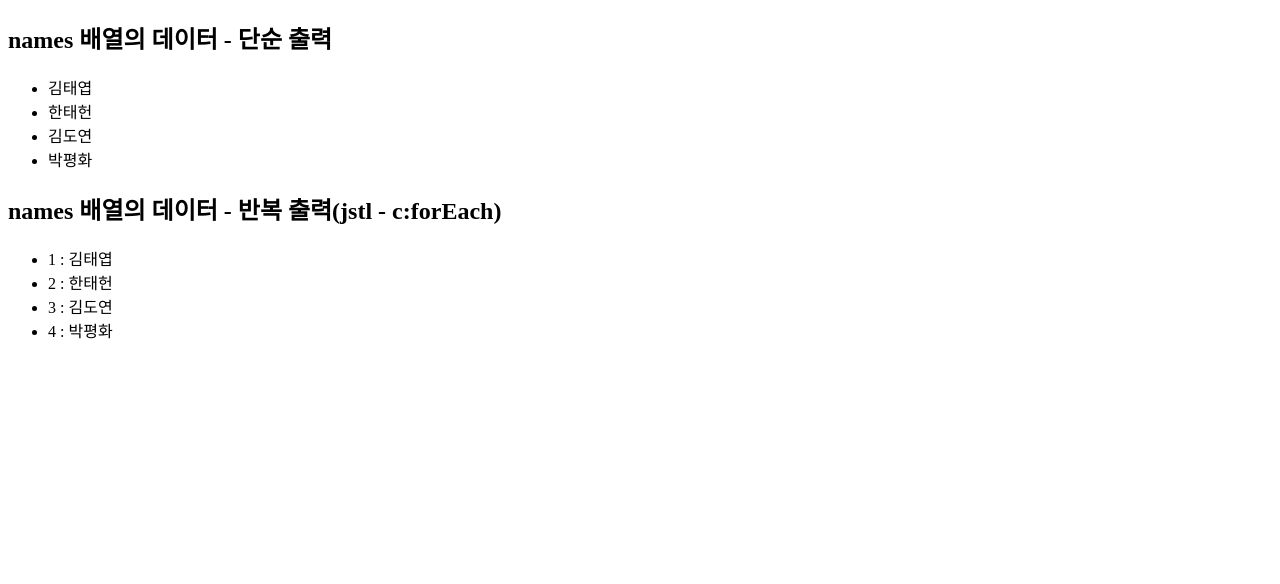
Repository: okgunyang/jsp
Page: http://localhost/practice02/GetJavaDataCtrl.do
An editor plug-in stored every save of this project. The page is shown before and after the next save, followed by the edit.
The browser window is 1280 px wide. The pictures show the whole page.
The page is served by Tomcat 9.

Above is the page before, as saved 2022-11-10 06:13:02.

After the next save:
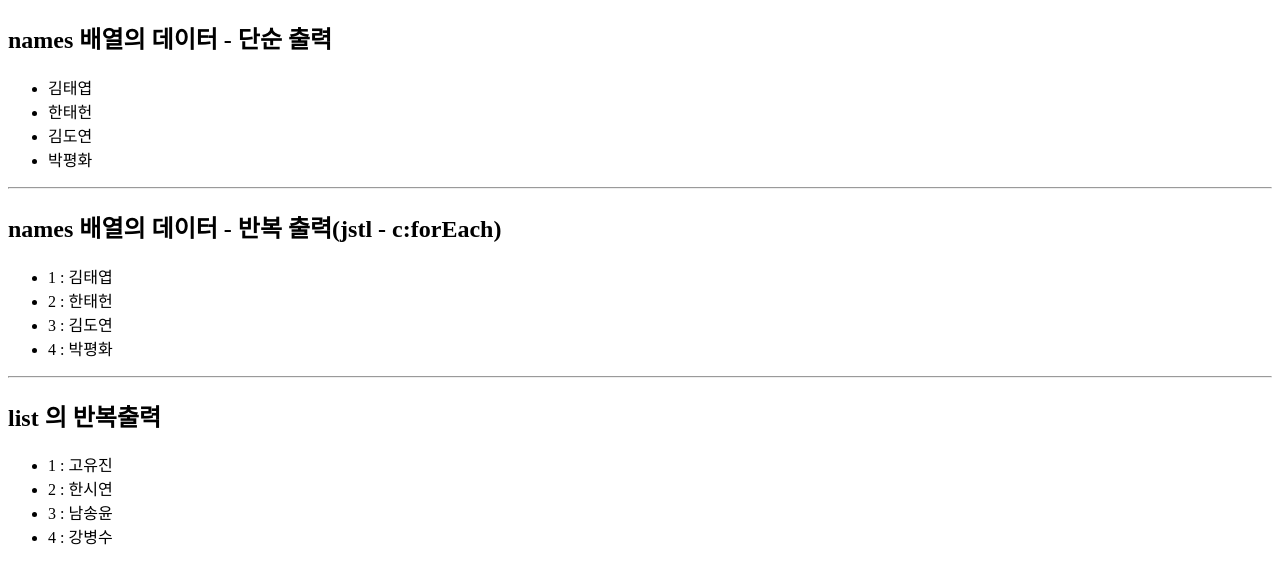
Saved 2 min 35 s later.
--- a/practice02/WebContent/06getJavaData.jsp
+++ b/practice02/WebContent/06getJavaData.jsp
@@ -20,11 +20,19 @@
 	<li>${names[2] }</li>
 	<li>${names[3] }</li>
 </ul>
+<hr>
 <h2>names 배열의 데이터 - 반복 출력(jstl - c:forEach)</h2>
 <ul>
 	<c:forEach items="${names }" var="name" varStatus="status">
 	<li>${status.count } : ${name }</li>
 	</c:forEach>
 </ul>
+<hr>
+<h2>list 의 반복출력</h2>
+<ul>
+	<c:forEach items="${list }" var="ls" varStatus="status">
+	<li>${status.count } : ${ls }</li>
+	</c:forEach>
+</ul>
 </body>
 </html>
